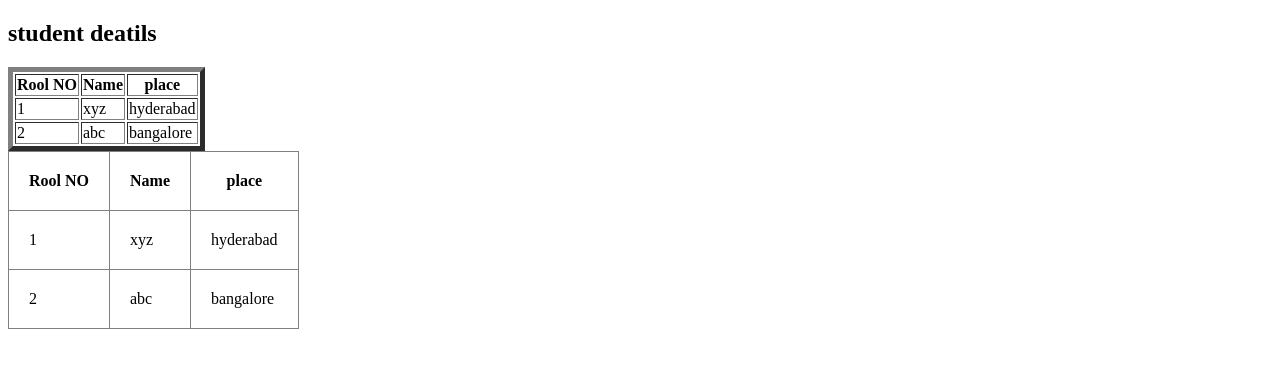
Repository: viveknaidu007/repo-113-HTML
Page: 3.html
An editor plug-in stored every save of this project. The page is shown before and after the next save, followed by the edit.
The browser window is 1280 px wide. The pictures show the whole page.

Above is the page before, as saved 2024-06-10 19:52:26.

### 3.html
<!DOCTYPE html>
<html>
    <head>
        <title> Table Demo </title>
    </head>

    <body>
        <h2> student deatils</h2>
        <table border="5">

            <tr>
                <th> Rool NO</th>
                <th> Name</th>
                <th> place</th>
            </tr>

            <tr>
                <td>1</td>
                <td>xyz</td>
                <td>hyderabad</td>
            </tr>

            <tr>
                <td>2</td>
                <td>abc</td>
                <td>bangalore</td>
            </tr>

        </table>

        <table border="1" style="border-collapse:collapse" cellpadding="20" cellspacing="5">

            <tr>
                <th> Rool NO</th>
                <th> Name</th>
                <th> place</th>
            </tr>

            <tr>
                <td>1</td>
                <td>xyz</td>
                <td>hyderabad</td>
            </tr>

            <tr>
                <td>2</td>
                <td>abc</td>
                <td>bangalore</td>
            </tr>

        </table>

    </body>
</html>

After the next save:
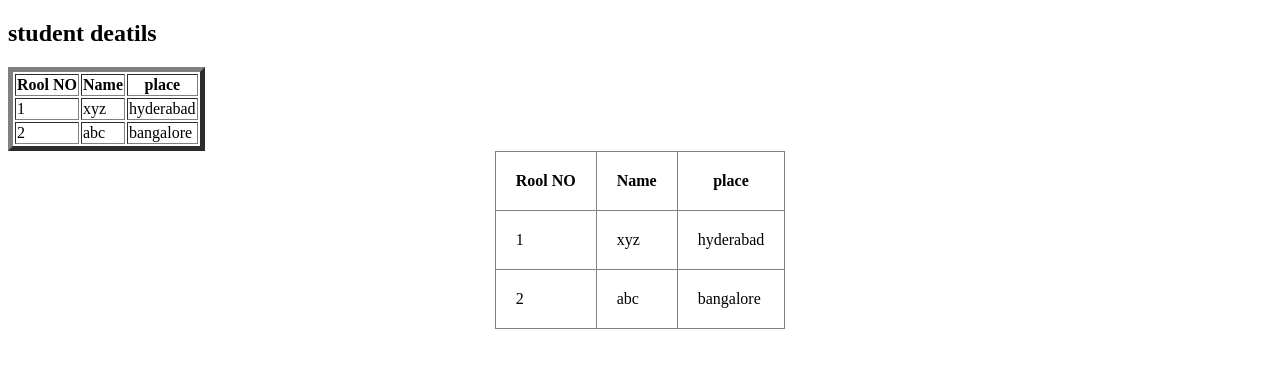
Saved 2 min 31 s later.
--- a/3.html
+++ b/3.html
@@ -28,7 +28,7 @@
 
         </table>
 
-        <table border="1" style="border-collapse:collapse" cellpadding="20" cellspacing="5">
+        <table border="1" style="border-collapse:collapse" cellpadding="20" cellspacing="5" align="center">
 
             <tr>
                 <th> Rool NO</th>
